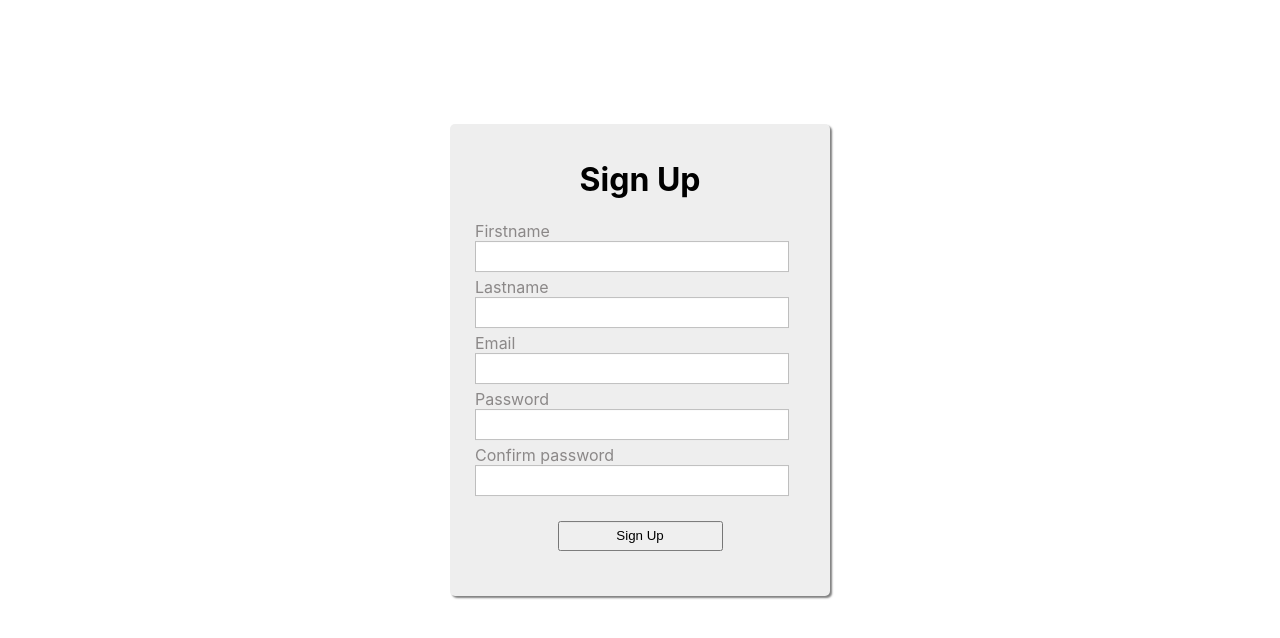
Repository: khamraeva/JSP-homework1-sighup
Page: /
These files come from the project's save history. The page is drawn as it stood at one moment and after the next save; the edit follows.
The browser window is 1280 px wide. The pictures show the whole page.
The project was rebuilt for these pictures with package versions that can differ from the ones it lists, and the page was loaded fresh each time.

Above is the page before, as saved 2020-07-22 17:20:15.

After the next save:
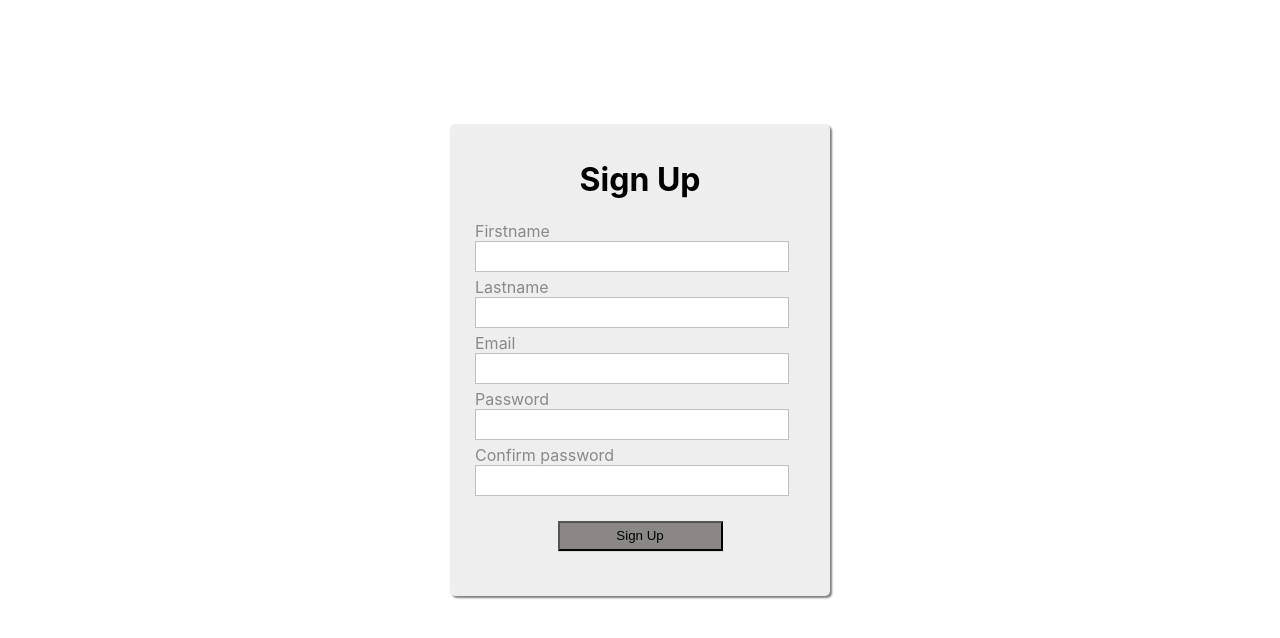
Saved 20 s later.
--- a/src/Components/SignUp/SignUp.css
+++ b/src/Components/SignUp/SignUp.css
@@ -42,4 +42,5 @@
     width: 50%;
     height: 30px;
     margin: 20px 0;
+    background-color: rgba(74, 68, 68, .6);
 }
